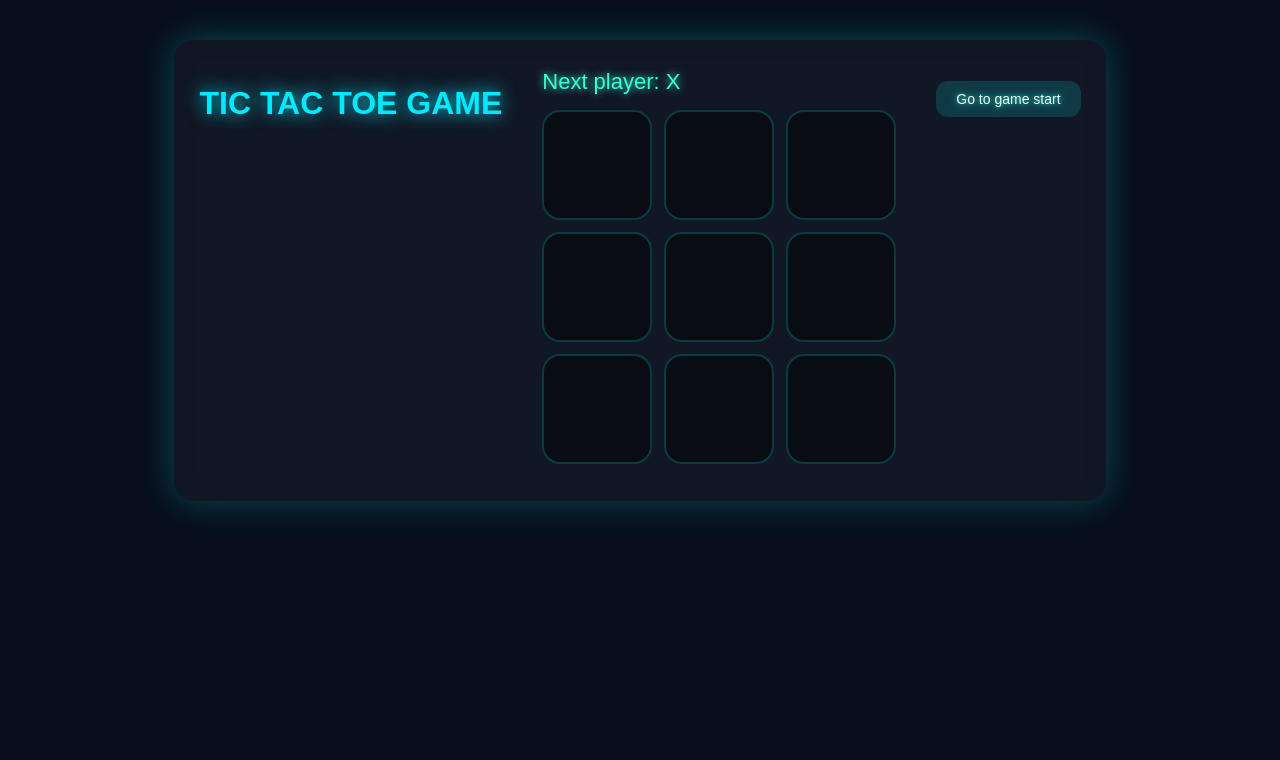
Repository: sofia123776/TIC-TAC-TOE
Page: /
The author's editor kept a copy of each file at every save. The page is drawn from the files as they stood at one save, then again after the next save.
The browser window is 1280 px wide. The pictures show the whole page.
The project was rebuilt for these pictures with package versions that can differ from the ones it lists, and the page was loaded fresh each time. Also part of the build but not shown: vite.config.js.

Above is the page before, as saved 2025-11-30 10:04:05.

### src/index.css
:root {
  font-family: system-ui, Avenir, Helvetica, Arial, sans-serif;
  line-height: 1.5;
  font-weight: 400;

  color-scheme: light dark;
  color: rgba(255, 255, 255, 0.87);
  background-color: whitesmoke;

  font-synthesis: none;
  text-rendering: optimizeLegibility;
  -webkit-font-smoothing: antialiased;
  -moz-osx-font-smoothing: grayscale;
}

a {
  font-weight: 500;
  color: #646cff;
  text-decoration: inherit;
}
a:hover {
  color: #535bf2;
}

body {
  margin: 0;
  display: flex;
  place-items: center;
  min-width: 320px;
  min-height: 100vh;
}

h1 {
  font-size: 3.2em;
  line-height: 1.1;
}

button {
  border-radius: 1px;
  border:8px  solid transparent;
  padding: 0.6em 1.2em;
  font-size: 1em;
  font-weight: 500;
  font-family: inherit;
  background-color: #1a1a1a;
  cursor: pointer;
  transition: border-color 0.25s;
}
button:hover {
  border-color: #646cff;
}
button:focus,
button:focus-visible {
  outline: 4px auto -webkit-focus-ring-color;
}

@media (prefers-color-scheme: light) {
  :root {
    color: #213547;
    background-color: #ffffff;
  }
  a:hover {
    color: #747bff;
  }
  button {
    background-color: #f9f9f9;
  }
}

### src/App.jsx
import { useState } from 'react'
import reactLogo from './assets/react.svg'
import viteLogo from '/vite.svg'
import './App.css'

function Square({value, onSquareClick, highlight}){


  return(
   <button
      className={`square ${highlight ? "highlight" : ""}`}
      onClick={onSquareClick}
    >
      {value}
    </button>
  );

}

function Board({xIsNext, squares, onPlay}) {

  function Handleclick(i){

    if ( Calculatewinner(squares) || squares[i]) {
    return;
  }

    const nextSquares = squares.slice()
    if (xIsNext){
    nextSquares[i] = "X"
    }else{
      nextSquares[i] = "O"
    }
    onPlay(nextSquares);
  }
    const winner = Calculatewinner(squares);

  let status;
  if (winner) {
    status = "Winner: " + winner;
  } else {
    status = "Next player: " + (xIsNext ? "X" : "O");
  }
  const winningLine = Calculatewinner(squares, true);
  return (
    <>

    <div className="status">{status}</div>
  <div className='board-row'>
  <Square value = {squares[0]} onSquareClick={() =>Handleclick(0)} highlight={winningLine?.includes(0)}/>
  <Square value = {squares[1]} onSquareClick={() =>Handleclick(1)} highlight={winningLine?.includes(1)}/>
  <Square value = {squares[2]} onSquareClick={() =>Handleclick(2)} highlight={winningLine?.includes(2)}/>

  </div>

  <div className='board-row'>
  <Square value = {squares[3]} onSquareClick={() =>Handleclick(3)} highlight={winningLine?.includes(3)}/>
  <Square value = {squares[4]} onSquareClick={() =>Handleclick(4)} highlight={winningLine?.includes(4)}/>
  <Square value = {squares[5]} onSquareClick={() =>Handleclick(5)} highlight={winningLine?.includes(5)}/>

  </div>
  <div className='board-row'>
  <Square value = {squares[6]} onSquareClick={() =>Handleclick(6)} highlight={winningLine?.includes(6)}/>
  <Square value = {squares[7]} onSquareClick={() =>Handleclick(7)} highlight={winningLine?.includes(7)}/>
  <Square value = {squares[8]} onSquareClick={() =>Handleclick(8)} highlight={winningLine?.includes(8)}/>

  </div>

  </>
  );
}

export default function Game() {
  const [history, setHistory] = useState([Array(9).fill(null)]);
  const [currentMove, setCurrentMove] = useState(0);
  const xIsNext = currentMove % 2 === 0;
  const currentSquares = history[currentMove];

  function handlePlay(nextSquares) {
    const nextHistory = [...history.slice(0, currentMove + 1), nextSquares];
    setHistory(nextHistory);
    setCurrentMove(nextHistory.length - 1);
  }

  function jumpTo(nextMove) {
    setCurrentMove(nextMove);
  }

  const moves = history.map((squares, move) => {
    let description;
    if (move > 0) {
      description = 'Go to move #' + move;
    } else {
      description = 'Go to game start';
    }
    return (
      <li key={move}>
        <button onClick={() => jumpTo(move)}>{description}</button>
      </li>
    );
  });

  return (
    <div className="game">
    <h1>TIC TAC TOE GAME</h1>
      <div className="game-board">
        <Board xIsNext={xIsNext} squares={currentSquares} onPlay={handlePlay} />
      </div>
      <div className="game-info">
        <ol>{moves}</ol>
      </div>
    </div>
  );
}

function Calculatewinner(squares, returnLine = false){
  const lines = [
  [0, 1, 2],
  [3, 4, 5],
  [6, 7, 8],
  [0, 3, 6],
  [1, 4, 7],
  [2, 5, 8],
  [0, 4, 8],
  [2, 4, 6],

  ];

  for (let i = 0; i < lines.length; i++) {
    const [a, b, c] = lines[i];
    if (squares[a] && squares[a] === squares[b] && squares[a] === squares[c]) {
      return returnLine ? lines : squares[a];
    }
  }
  return returnLine ? null : null;
}

### src/App.css
/* Full background */
body {
  background: #080e1c;
  margin: 0;
  font-family: "Poppins", sans-serif;
  color: #e8faff;
  display: flex;
  justify-content: center;
  align-items: flex-start;
  padding-top: 40px;
}

/* Game Title */
h1 {
  text-align: center;
  font-size: 32px;
  font-weight: 700;
  margin-bottom: 25px;
  text-shadow: 0 0 18px #00eaff;
  color: #00eaff;
}

/* Outer game container */
.game {
  display: flex;
  gap: 40px;
  padding: 25px;
  border-radius: 20px;
  background: rgba(255,255,255,0.04);
  box-shadow: 0 0 35px rgba(0, 255, 255, 0.25);
  backdrop-filter: blur(12px);
}

/* Board container */
.game-board {
  display: flex;
  flex-direction: column;
}

/* Status text */
.status {
  font-size: 22px;
  margin-bottom: 12px;
  color: #39ffd3;
  text-shadow: 0 0 8px #39ffd3;
}

/* Board row layout */
.board-row {
  display: flex;
  gap: 12px;
  margin-bottom: 12px;
}

/* Square button */
.square {
  width: 110px !important;
  height: 110px !important;
  font-size: 42px !important;
  font-weight: bold;
  color: #00eaff;
  background: rgba(0, 0, 0, 0.45);
  border: 2px solid rgba(0, 255, 255, 0.2);
  border-radius: 18px;
  cursor: pointer;
  transition: 0.25s ease-in-out, transform 0.15s;
  text-shadow: 0 0 12px #00eaff;
}

.square:hover {
  transform: scale(1.07);
  background: rgba(0, 255, 255, 0.15);
  box-shadow: 0 0 18px #00eaff;
}

/* X and O color override */
.square:contains("X"), .square.X {
  color: #ff3c89;
  text-shadow: 0 0 12px #ff3c89;
}

.square:contains("O"), .square.O {
  color: #3cfffb;
  text-shadow: 0 0 12px #3cfffb;
}

/* Moves list */
.game-info ol {
  list-style: none;
  padding: 0;
}

.game-info button {
  padding: 10px 20px;
  border-radius: 12px;
  margin-bottom: 10px;
  border: none;
  cursor: pointer;
  background: rgba(0, 255, 255, 0.15);
  color: #e8ffff;
  font-size: 14px;
  text-shadow: 0 0 6px #39ffd3;
  transition: 0.2s ease;
}

.game-info button:hover {
  background: #39ffd3;
  color: #001010;
  box-shadow: 0 0 18px #39ffd3;
  transform: scale(1.05);
}

.highlight {
  animation: winPulse 1s infinite ease-in-out;
  background: rgba(0, 255, 150, 0.25) !important;
  box-shadow: 0 0 25px #00ffb3;
  border: 2px solid #00ff9d !important;
}

@keyframes winPulse {
  0% {
    transform: scale(1);
    box-shadow: 0 0 12px #00ffb3;
  }
  50% {
    transform: scale(1.12);
    box-shadow: 0 0 25px #00ffb3;
  }
  100% {
    transform: scale(1);
    box-shadow: 0 0 12px #00ffb3;
  }
}

Loaded but not shown: index.html (common file); src/main.jsx (common file)

After the next save:
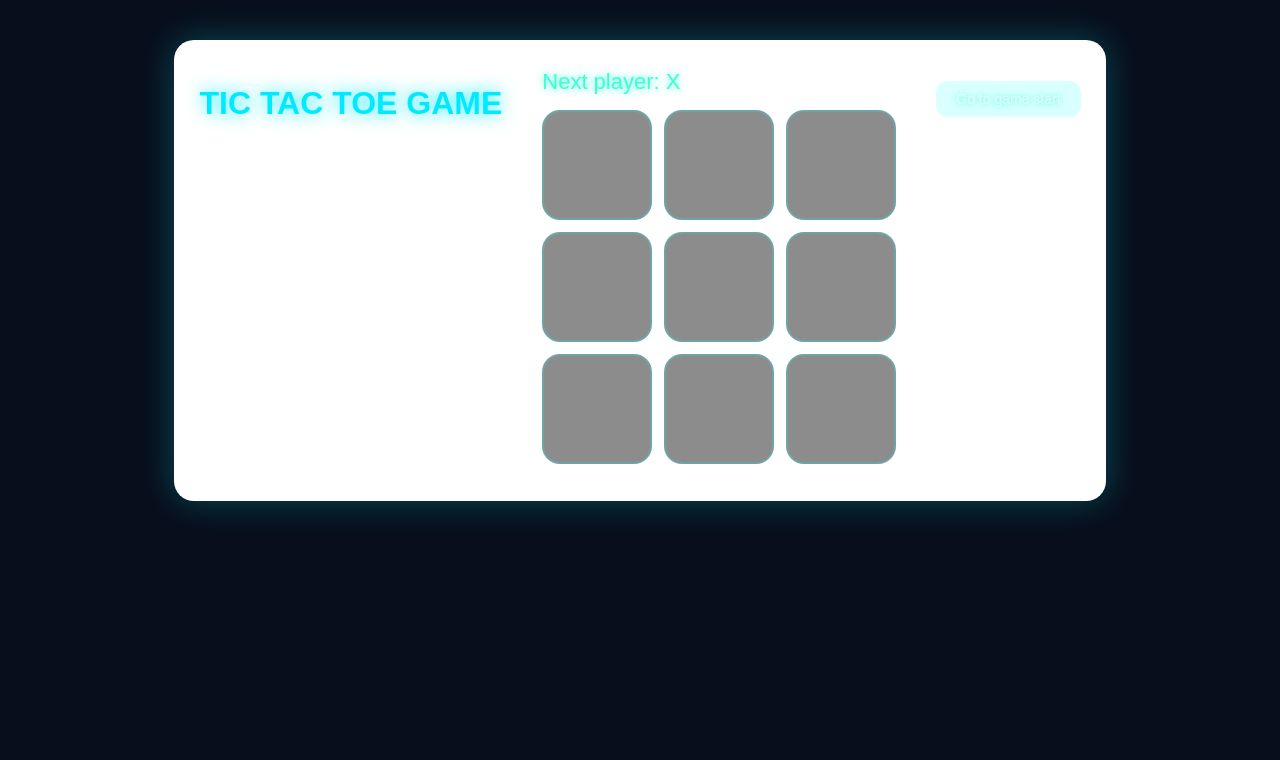
Saved 113 s later.
--- a/src/App.css
+++ b/src/App.css
@@ -26,7 +26,7 @@
   gap: 40px;
   padding: 25px;
   border-radius: 20px;
-  background: rgba(255,255,255,0.04);
+  background: white;
   box-shadow: 0 0 35px rgba(0, 255, 255, 0.25);
   backdrop-filter: blur(12px);
 }

After the save that followed:
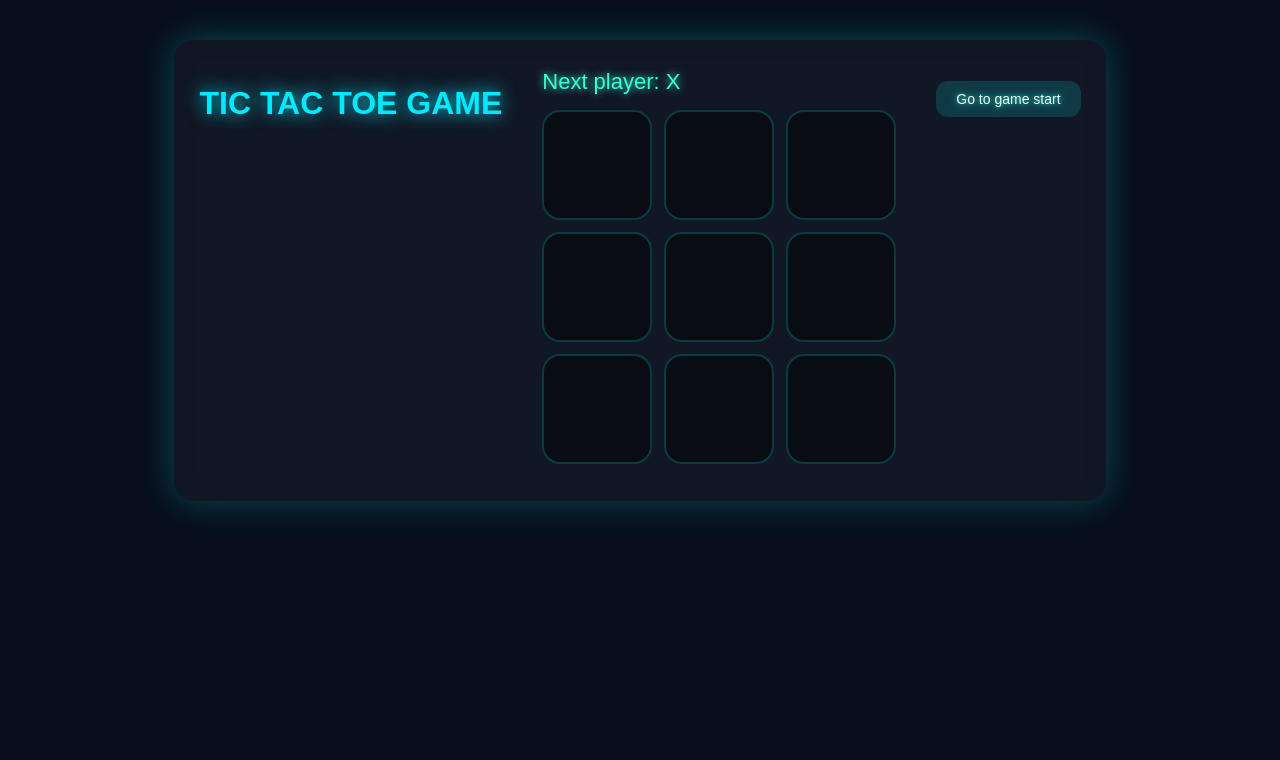
Saved 62 s later.
--- a/src/App.css
+++ b/src/App.css
@@ -26,7 +26,7 @@
   gap: 40px;
   padding: 25px;
   border-radius: 20px;
-  background: white;
+  background: rgba(255,255,255,0.04);
   box-shadow: 0 0 35px rgba(0, 255, 255, 0.25);
   backdrop-filter: blur(12px);
 }
